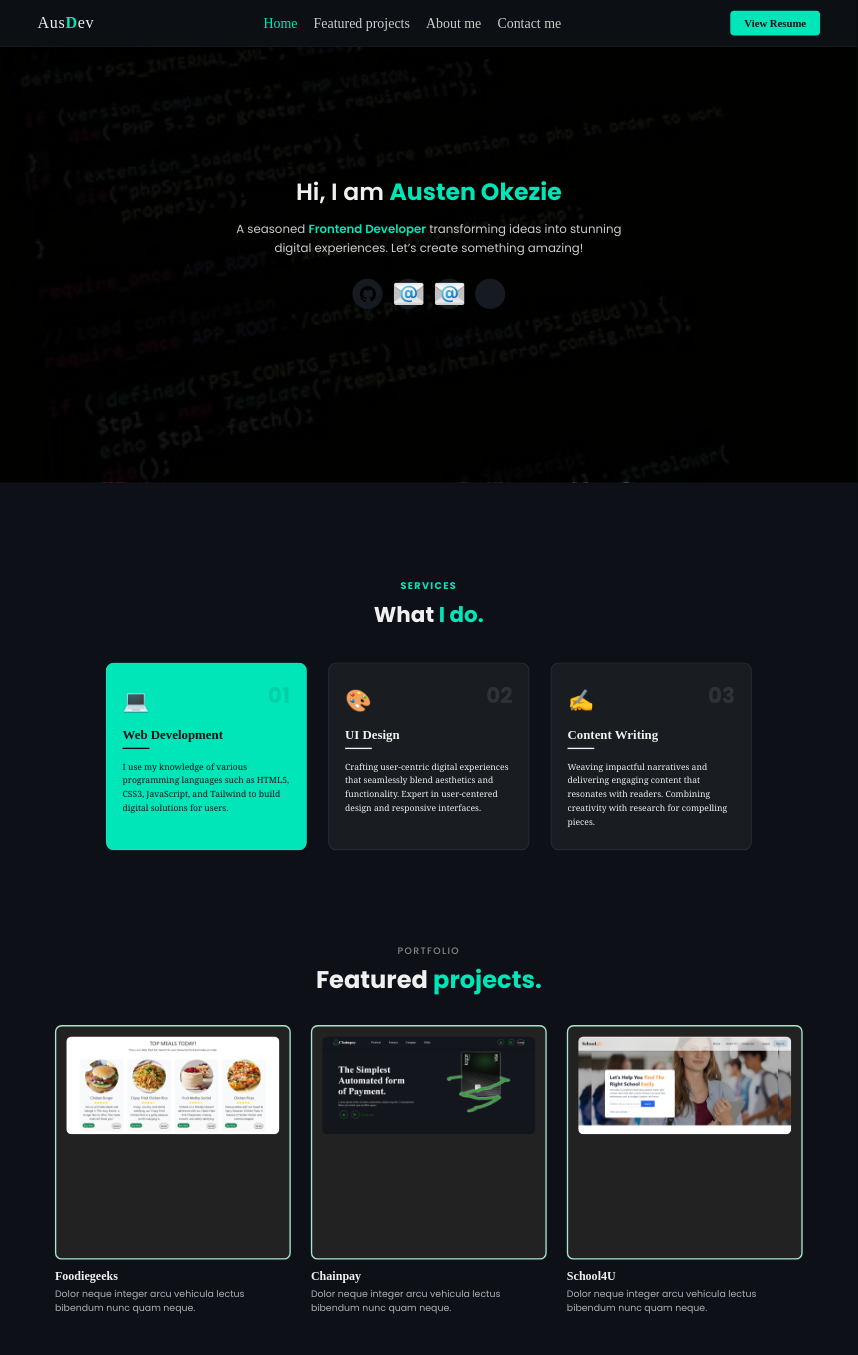
Repository: Austinokezie/Myportfolio
Page: index.html
These files come from the project's save history. The page is drawn as it stood at one moment and after the next save; the edit follows.
The browser window is 1280 px wide. The pictures show the whole page, at 67% of full size.
Some web fonts or font styles are not loaded; a fallback is used.

Above is the page before, as saved 2025-10-14 15:58:54.

After the next save:
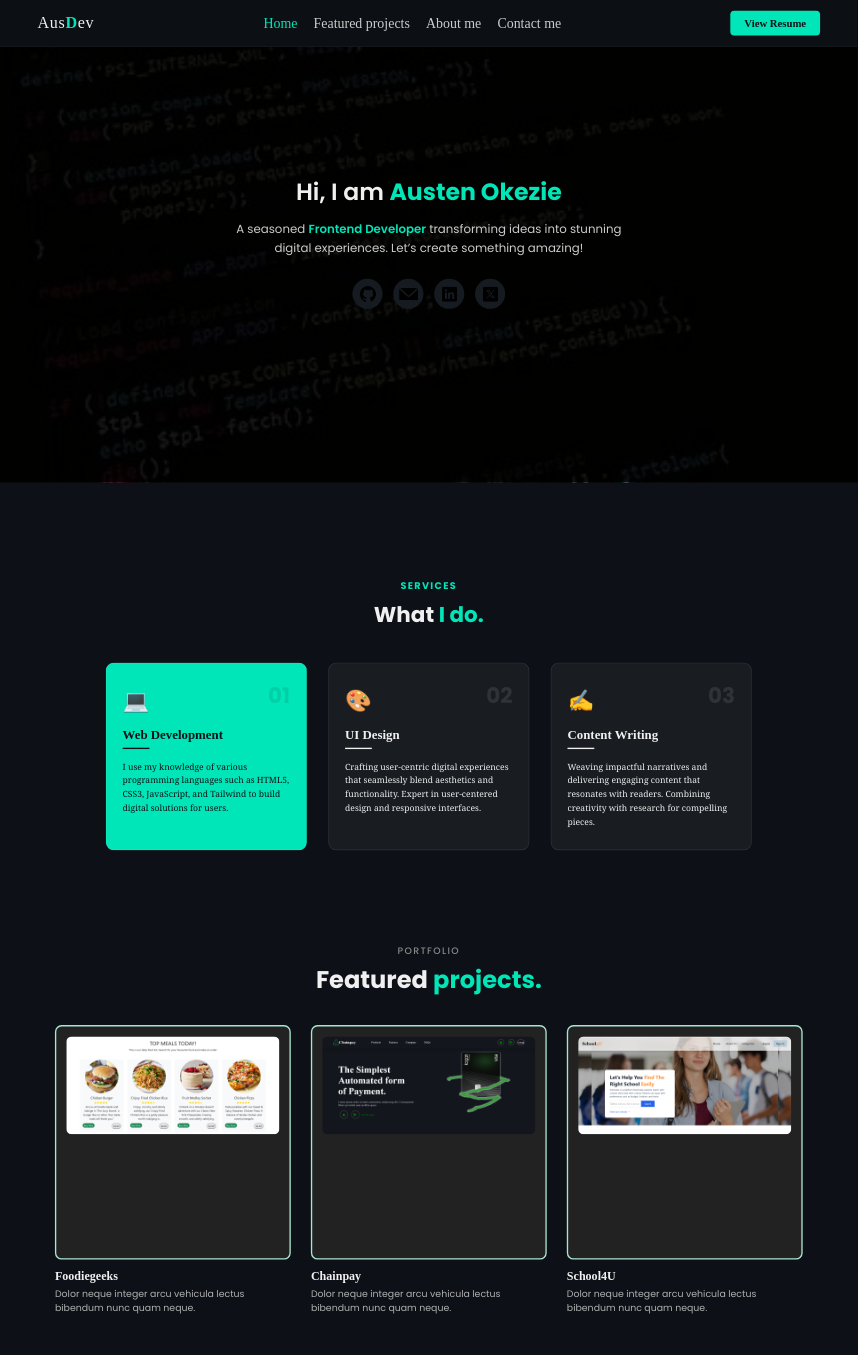
Saved 5 min 42 s later.
--- a/index.html
+++ b/index.html
@@ -36,9 +36,9 @@
 
           <div class="social-links">
               <a href="#" title="GitHub"><img src="./Asset/icons8-github-30.png" alt=""></a>
-              <a href="#" title="Medium"><img src="./Asset/icons8-email-48.png" alt=""></a>
-              <a href="#" title="LinkedIn"><img src="./Asset/icons8-email-48.png" alt=""></a>
-             <a href="#" title="Twitter"><i class="fab fa-twitter"></i></a>
+              <a href="#" title="Medium"><img src="./Asset/icons8-email-30.png" alt=""></a>
+              <a href="#" title="LinkedIn"><img src="./Asset/icons8-linkedin-30.png" alt=""></a>
+             <a href="#" title="Twitter"><img src="./Asset/icons8-twitter-30.png" alt=""></a>
           </div>
        </div>
     </section>
